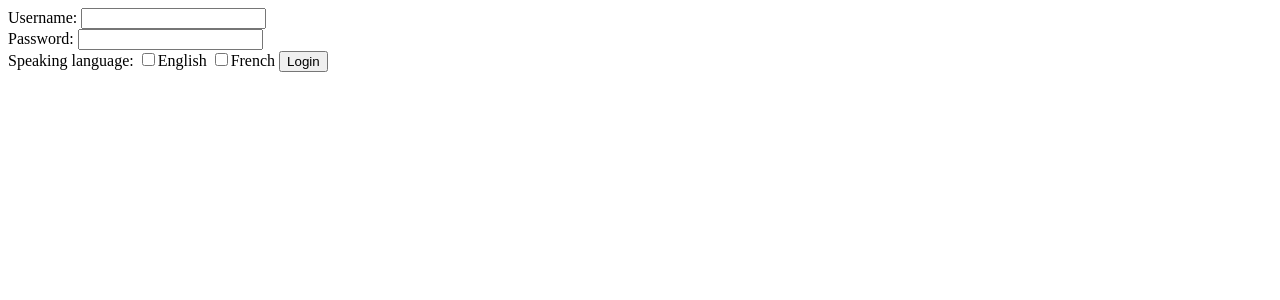
Repository: hati2002/Advance-JAva
Page: Form/src/main/webapp/index.html
These files come from the project's save history. The page is drawn as it stood at one moment and after the next save; the edit follows.
The browser window is 1280 px wide. The pictures show the whole page.

Above is the page before, as saved 2022-12-26 12:55:10.

After the next save:
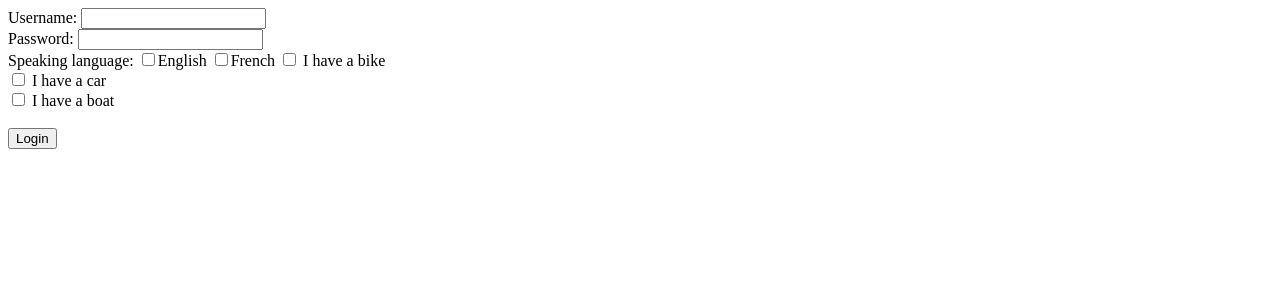
Saved 2 min 55 s later.
--- a/Form/src/main/webapp/index.html
+++ b/Form/src/main/webapp/index.html
@@ -15,6 +15,13 @@
     Speaking language:
 <input type="checkbox" name="language" value="english" />English
 <input type="checkbox" name="language" value="french" />French
+
+<input type="checkbox" id="vehicle1" name="vehicle1" value="Bike">
+  <label for="vehicle1"> I have a bike</label><br>
+  <input type="checkbox" id="vehicle2" name="vehicle2" value="Car">
+  <label for="vehicle2"> I have a car</label><br>
+  <input type="checkbox" id="vehicle3" name="vehicle3" value="Boat">
+  <label for="vehicle3"> I have a boat</label><br><br>
     <input type="submit" value="Login" />
 </form>
 </body>
